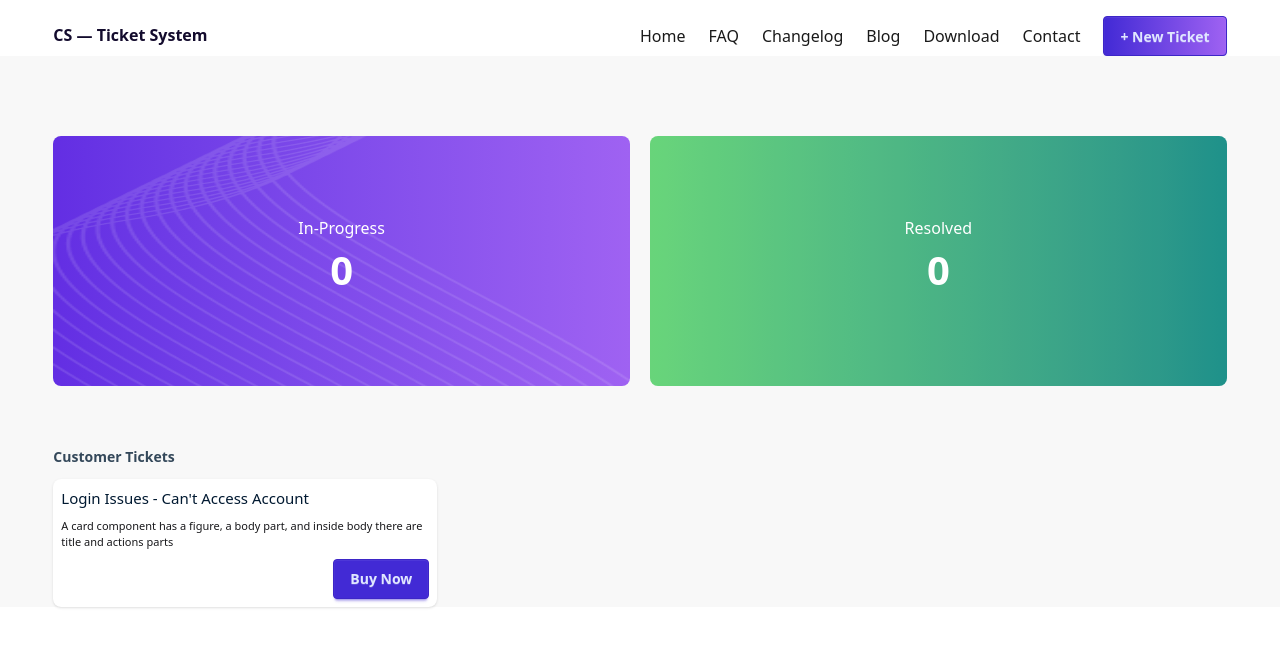
Repository: SanjidaSnigdha/Customer-Support-Zone
Page: /
An editor plug-in stored every save of this project. The page is shown before and after the next save, followed by the edit.
The browser window is 1280 px wide. The pictures show the whole page.
The project was rebuilt for these pictures with package versions that can differ from the ones it lists, and the page was loaded fresh each time. Also part of the build but not shown: vite.config.js, src/App.css.

Above is the page before, as saved 2026-03-24 03:27:23.

### index.html
<!doctype html>
<html lang="en">
  <head>
    <meta charset="UTF-8" />
    <link rel="icon" type="image/svg+xml" href="/favicon.svg" />
    <meta name="viewport" content="width=device-width, initial-scale=1.0" />
    <title>customer-support-zone</title>
  </head>
  <body>
    <div id="root"></div>
    <script type="module" src="/src/main.jsx"></script>
  </body>
</html>

### src/index.css
 @import "tailwindcss";
 @plugin "daisyui" {
  themes: light --default, dark --prefersdark;
  themes: light --default;
 }

### src/App.jsx
import { Suspense, useState } from 'react'
import './App.css'
import Navbar from './component/Navbar/Navbar'
import Banner from './component/Banner/Banner'
import CustomerTickets from './component/CustomerTickets/CustomerTickets'

const fetchTickets = async()=>{
  const res = await fetch("/customers.json")
  return res.json()
}

function App() {
  const customerPromise = fetchTickets()

  return (
    <>
    <div className='flex flex-col'>
   <Navbar></Navbar>
   <div className='flex-1 bg-base-200'>
    <Banner></Banner>
    <Suspense fallback={<span className="loading loading-spinner loading-xl"></span>
}>
          <CustomerTickets customerPromise={customerPromise}></CustomerTickets>

    </Suspense>
   </div>
   </div>

    </>
  )
}

export default App

### src/component/Navbar/Navbar.jsx
import React from 'react';

const Navbar = () => {
    return (
        <div className='flex justify-between w-11/12 mx-auto mt-4'>
            <div className='navbar-start'>
                <h1 className='w-[833px] h-[26px] font-bold text-[#130B2D]'>CS — Ticket System</h1>
            </div>
            <div className='navbar-end justify-between gap-3 text-[#000000]/90'>
                <a>Home</a>
                <a>FAQ</a>
                <a>Changelog</a>
                <a>Blog</a>
                <a>Download</a>
                <a>Contact</a>
         <button className='btn btn-primary bg-gradient-to-r from [#632EE3] to-[#9F62F2]'>+ New Ticket</button>
            </div>
        </div>
    );
};

export default Navbar;

### src/component/Banner/Banner.jsx
import React from 'react';
import vectorImg1 from '../../assets/vector1.png'
import vectorImg2 from '../../assets/vector2.png'

const Banner = () => {
    return (
        <div className='flex justify-between w-11/12 mx-auto mt-20 gap-5'>
            <div className='relative'>
             <img src={vectorImg1} alt="" className=' bg-gradient-to-r from-[#632EE3] to-[#9F62F2] w-[700px] h-[250px] rounded-[8px]'/>
             <p className='absolute text-center inset-20 text-[#FFFFFF]'>In-Progress<br /><span className='font-bold text-[#FFFFFF] text-[40px]'>
                0</span></p>

            </div>
            <div className='relative'>
      <img src={vectorImg2} alt="" className='bg-gradient-to-r from-[#54CF68] to-[#00827A] w-[700px] h-[250px] rounded-[8px]'/>
        <p className='absolute text-center inset-20 text-[#FFFFFF]'>Resolved<br /><span className='font-bold text-[#FFFFFF] text-[40px]'>
                0</span></p>

            </div>
        </div>
    );
};

export default Banner;

### src/component/CustomerTickets/CustomerTickets.jsx
import React, { use } from 'react';
const CustomerTickets = ({customerPromise}) => {
    const customerTicket = use(customerPromise)
    console.log(customerTicket)
    return (
        <div className='w-11/12 mx-auto'>
        <h1 className='font-semibold text-[#34485A] text-[14px] mt-15'>Customer Tickets</h1>

       <div className="card w-96 bg-base-100 card-xs shadow-sm mt-3">
  <div className="card-body">
    <h2 className="card-title text-[#001931] font-medium text-[15px]">Login Issues - Can't Access Account</h2>
    <p>A card component has a figure, a body part, and inside body there are title and actions parts</p>
    <div className="justify-end card-actions">
      <button className="btn btn-primary">Buy Now</button>
    </div>
  </div>
</div>
        </div>
    );
};

export default CustomerTickets;

### public/customers.json
[
  {
    "id": 1,
    "title": "Login Issue",
    "description": "Customer unable to login with correct credentials.",
    "customer": "Alice Johnson",
    "priority": "High",
    "status": "Open",
    "createdAt": "2026-03-20T10:15:00Z"
  },
  {
    "id": 2,
    "title": "Payment Failure",
    "description": "Transaction failed while trying to purchase subscription.",
    "customer": "Bob Smith",
    "priority": "High",
    "status": "Pending",
    "createdAt": "2026-03-21T14:22:00Z"
  },
  {
    "id": 3,
    "title": "Feature Request",
    "description": "Request to add dark mode in dashboard.",
    "customer": "Charlie Brown",
    "priority": "Medium",
    "status": "Open",
    "createdAt": "2026-03-22T09:30:00Z"
  },
  {
    "id": 4,
    "title": "Bug in Reports",
    "description": "Monthly report shows incorrect sales numbers.",
    "customer": "Diana Prince",
    "priority": "High",
    "status": "In Progress",
    "createdAt": "2026-03-22T11:45:00Z"
  },
  {
    "id": 5,
    "title": "Password Reset",
    "description": "Customer forgot password and cannot reset it via email.",
    "customer": "Ethan Hunt",
    "priority": "Medium",
    "status": "Resolved",
    "createdAt": "2026-03-23T08:10:00Z"
  },
  {
    "id": 6,
    "title": "Account Deactivation",
    "description": "Customer wants to deactivate account permanently.",
    "customer": "Fiona Gallagher",
    "priority": "Low",
    "status": "Pending",
    "createdAt": "2026-03-23T12:05:00Z"
  },
  {
    "id": 7,
    "title": "App Crash",
    "description": "Mobile app crashes when opening settings page.",
    "customer": "George Martin",
    "priority": "High",
    "status": "Open",
    "createdAt": "2026-03-24T07:50:00Z"
  },
  {
    "id": 8,
    "title": "Invoice Issue",
    "description": "Invoice generated shows wrong billing amount.",
    "customer": "Hannah Lee",
    "priority": "Medium",
    "status": "In Progress",
    "createdAt": "2026-03-24T09:30:00Z"
  },
  {
    "id": 9,
    "title": "Email Notifications",
    "description": "Customer not receiving notification emails.",
    "customer": "Ian Curtis",
    "priority": "Medium",
    "status": "Open",
    "createdAt": "2026-03-24T10:00:00Z"
  },
  {
    "id": 10,
    "title": "Data Export",
    "description": "Unable to export CSV from analytics dashboard.",
    "customer": "Jessica Alba",
    "priority": "Low",
    "status": "Resolved",
    "createdAt": "2026-03-24T11:15:00Z"
  }
]

Loaded but not shown: src/main.jsx (common file)

After the next save:
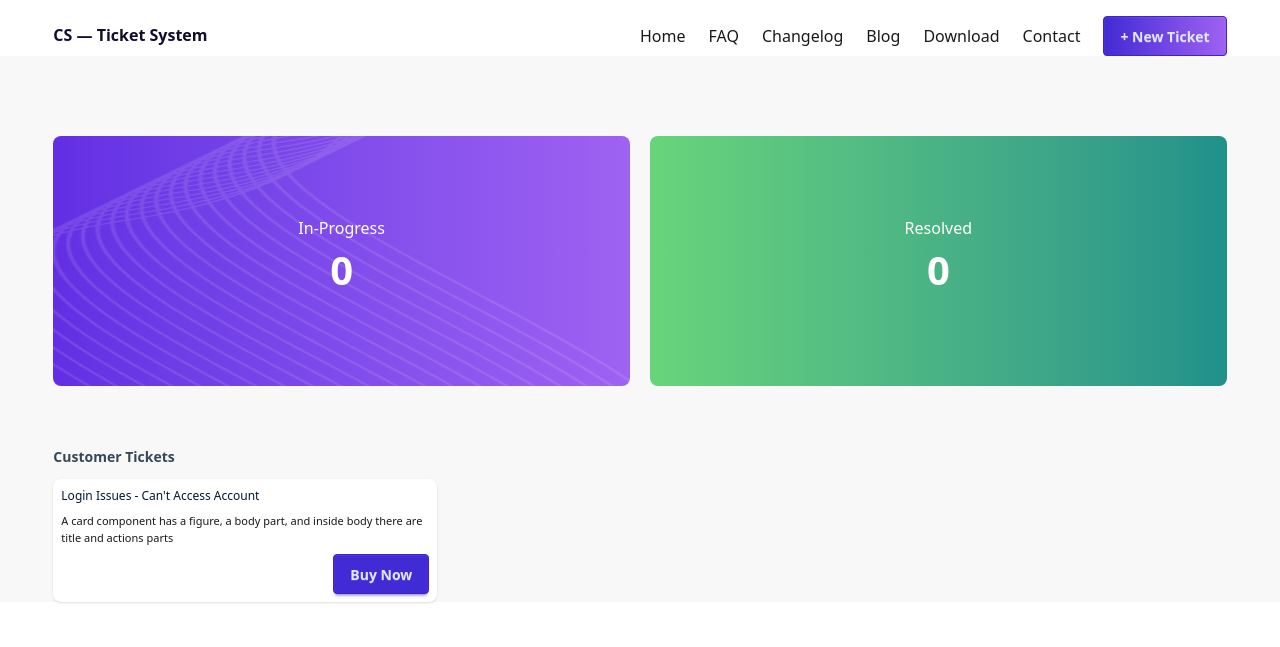
Saved 6 s later.
--- a/src/component/CustomerTickets/CustomerTickets.jsx
+++ b/src/component/CustomerTickets/CustomerTickets.jsx
@@ -8,7 +8,7 @@ const CustomerTickets = ({customerPromise}) => {
 
        <div className="card w-96 bg-base-100 card-xs shadow-sm mt-3">
   <div className="card-body">
-    <h2 className="card-title text-[#001931] font-medium text-[15px]">Login Issues - Can't Access Account</h2>
+    <h2 className="card-title text-[#001931] font-medium text-[12px]">Login Issues - Can't Access Account</h2>
     <p>A card component has a figure, a body part, and inside body there are title and actions parts</p>
     <div className="justify-end card-actions">
       <button className="btn btn-primary">Buy Now</button>
